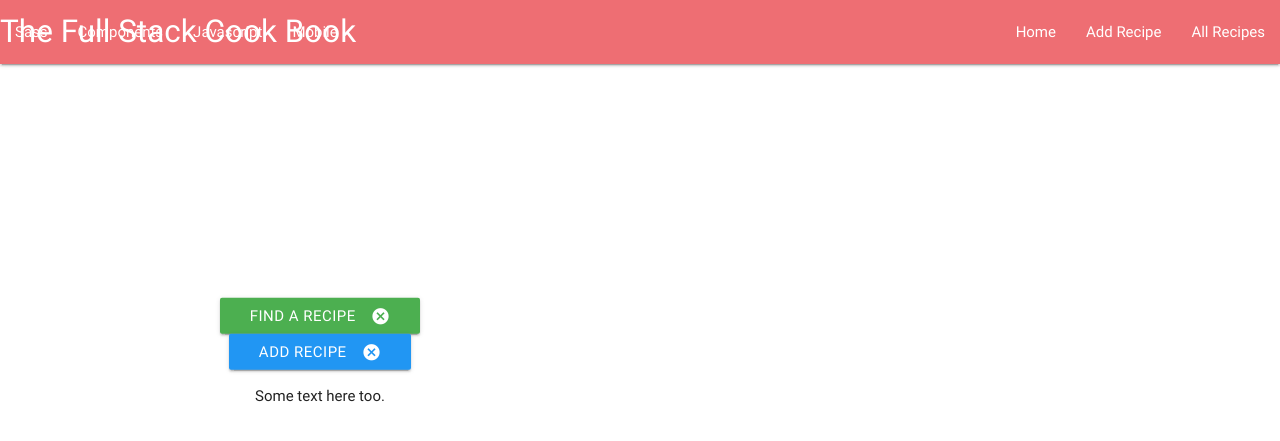
Repository: nakitamccool/francisillingworth-milestone-project-3
Page: http://localhost/
The author's editor kept a record of every edit. The page is drawn from the files as they stood at one moment, then again after the next edit.
The browser window is 1280 px wide. The pictures show the whole page.
The page is served by the project's application, run on Flask 3 (app.py).

Above is the page before.

### templates/index.html
{% extends 'base.html' %} {% block content %}
</div>

<div class="split left findRecipe">
  <div class="centered">

    <a href="{{ url_for('get_recipes') }}" class="waves-effect waves-light btn green">
                <i class="material-icons right">cancel</i>Find a Recipe
            </a>


    <a href="{{ url_for('add_recipe') }}" class="waves-effect waves-light btn blue">
                <i class="material-icons right">cancel</i>Add Recipe
            </a>
    <p>Some text here too.</p>
  </div>
</div>




<div class = "container">
{% endblock %}

### templates/base.html
<!DOCTYPE html>
<html lang="en">
<head>
    <link href="https://fonts.googleapis.com/icon?family=Material+Icons"
      rel="stylesheet">
    <link rel="stylesheet"  href="https://cdnjs.cloudflare.com/ajax/libs/materialize/0.100.2/css/materialize.min.css">
    <link rel="stylesheet" href="{{url_for('static' , filename = "css/style.css")}}" type="text/css" />

</head>
<body>
  <header>
    <nav>
    <div class="nav-wrapper">
      <a href="#" class="brand-logo">The Full Stack Cook Book</a>
      <ul id="nav-mobile" class="right hide-on-med-and-down">
        <li><a href="index.html">Home</a></li>
        <li><a href="{{ url_for('add_recipe') }}">Add Recipe</a></li>
        <li><a href="{{ url_for('get_recipes') }}">All Recipes</a></li>
      </ul>
      <ul class="sidenav" id="mobile-demo">
    <li><a href="sass.html">Sass</a></li>
    <li><a href="badges.html">Components</a></li>
    <li><a href="collapsible.html">Javascript</a></li>
    <li><a href="mobile.html">Mobile</a></li>
  </ul>
    </div>
  </nav>



  </header>
    <div class="container">
    {% block content %}
    {% endblock %}
    </div>
    <script src="https://cdnjs.cloudflare.com/ajax/libs/jquery/3.4.1/jquery.min.js" integrity="sha256-CSXorXvZcTkaix6Yvo6HppcZGetbYMGWSFlBw8HfCJo=" crossorigin="anonymous"></script>
    <script src="https://cdnjs.cloudflare.com/ajax/libs/materialize/0.100.2/js/materialize.min.js"></script>
    <script type="text/javascript">
         $(document).ready(function(){
    $('.collapsible').collapsible();
    $('select').material_select();
  });

    </script>


</body>
</html>

### app.py
import os
from flask import Flask , render_template, redirect, request, url_for
from flask_pymongo import PyMongo
from bson.objectid import ObjectId


db_password = os.environ.get('DB_PASSWORD')

app = Flask(__name__)

app.config["MONGO_DBNAME"] = 'recipe_project'
app.config["MONGO_URI"] = 'mongodb+srv://root:r00tUser@myfirstcluster-aogax.mongodb.net/recipe_project?retryWrites=true&w=majority'

mongo = PyMongo(app)

@app.route('/')



@app.route('/index')
def index():
    return render_template("index.html")


@app.route('/get_recipes')
def get_recipes():
    return render_template("recipes.html", recipes=mongo.db.recipe.find())


@app.route('/add_recipe')
def add_recipe():
    return render_template('addrecipe.html', cuisine=mongo.db.cuisine.find())


@app.route('/insert_recipe', methods=['POST'])
def insert_recipe():
    recipes=mongo.db.recipe
    recipes.insert_one(request.form.to_dict())
    return redirect(url_for('get_recipes'))


@app.route('/edit_recipe/<recipe_id>')
def edit_recipe(recipe_id):
    the_recipe = mongo.db.recipe.find_one({"_id": ObjectId(recipe_id)})
    all_cuisine = mongo.db.cuisine.find()
    return render_template('editrecipe.html', recipe = the_recipe, cuisine=all_cuisine)



@app.route('/update_recipe/<recipe_id>', methods = ["POST"])
def update_recipe(recipe_id):
    recipes = mongo.db.recipe
    recipes.update( {'_id': ObjectId(recipe_id)},
    {
        'recipe_name' : request.form.get('recipe_name'),
        'cuisine_type' : request.form.get('cuisine_type'),
        'author' : request.form.get('author'),
        'ingredients' : request.form.get('ingredients'),
        'method' : request.form.get('method'),
        'cook_time' : request.form.get('cook_time'),
    })
    return redirect(url_for('get_recipes'))

@app.route('/delete_recipe/<recipe_id>')
def delete_recipe(recipe_id):
    mongo.db.recipe.remove({'_id':ObjectId(recipe_id)})
    return redirect(url_for('get_recipes'))





@app.route('/get_cuisines')
def get_cuisines():
    return render_template('cuisines.html', cuisine=mongo.db.cuisine.find())


@app.route('/edit_cuisine/<cuisine_id>')
def edit_cuisine(cuisine_id):
    return render_template('editcuisine.html', cuisine=mongo.db.cuisine.find_one({'_id':ObjectId(cuisine_id)}))


@app.route('/update_cuisine/<cuisine_id>', methods=['POST'])
def update_cuisine(cuisine_id):
    mongo.db.cuisine.update(
        {'_id': ObjectId(cuisine_id)},
        {'cuisine_type': request.form.get('cuisine_type')})
    return redirect(url_for('get_cuisines'))



@app.route('/add_cuisine')
def add_cuisine():
    return render_template('addcuisine.html', cuisine=mongo.db.cuisine.find())


@app.route('/insert_cuisine', methods=['POST'])
def insert_cuisine():
    cuisines=mongo.db.cuisine
    cuisines.insert_one(request.form.to_dict())
    return redirect(url_for('add_recipe'))



@app.route('/delete_cuisine/<cuisine_id>')
def delete_cuisine(cuisine_id):
    mongo.db.cuisine.remove({'_id':ObjectId(cuisine_id)})
    return redirect(url_for('get_cuisines'))



@app.route('/add_cuisine_edit')
def add_cuisine_edit():
    return render_template('addcuisine-edit.html', cuisine=mongo.db.cuisine.find())


@app.route('/insert_cuisine_edit', methods=['POST'])
def insert_cuisine_edit():
    cuisines=mongo.db.cuisine
    cuisines.insert_one(request.form.to_dict())
    return redirect(url_for('get_cuisines'))



@app.route('/find_recipe')
def find_recipe():
    return render_template("findrecipe.html", cuisine=mongo.db.cuisine.find(), authors=mongo.db.recipe.find().distinct('author'))

@app.route('/filter_recipes')
def filter_recipes():
        cuisines=mongo.db.cuisine
        recipes=mongo.db.recipe
        mongo.db.recipe.find({ cuisine_type : "{{cuisine_type}}" })

        return render_template("results.html")





if __name__ == '__main__':
    app.run(host=os.environ.get('IP'),
            port=int(os.environ.get('PORT')),
            debug=True)

### static/css/style.css
.btn_edit{
    height:28px;
    margin: 5px 15px;
    line-height: 28px;
    padding-left: 3px;
    padding-right: 6px;



}

.btn_delete{
    height:28px;
    margin: 5px 15px ;
    line-height: 28px;
    padding-left: 5px;
    padding-right: 5px;
    background-color: #b70808;

}

.collapsible-header i {
 margin:0;}

 .btn_delete:hover {
    background-color: #71231d;
}

.cancel_button{
    margin: 5px 15px;
    padding-left: 3px;
    padding-right: 6px;
    background-color: #b70808

}


 .cancel_button:hover {
    background-color: #71231d;
}


.recipe_header{
    margin-top:5px;
    margin-right: 20px;
}

.deleteEdit{
    margin-left:auto;
    margin-right:0;
}

.add_cuisine{
    margin-top: 0;
    margin-left:5%;
}

.split {
  height: 100%;
  width: 50%;
  position: fixed;
  z-index: -1;
  top: 0;
  overflow-x: hidden;
  padding-top: 20px;
}
.right {
  right: 0;
  border-left-color:black;
  border-left-width:5px;


}

.centered {
  position: absolute;
  top: 50%;
  left: 50%;
  transform: translate(-50%, -50%);
  text-align: center;
}

.findRecipe{
    padding:10px;
    opacity: 1
}

.addRecipe{
    opacity: 1

}
img{
    position: fixed;
    opacity: 0.3;

    z-index: -2




}

.box{
    background-color: #ff8a0017;
    border-radius: 20px;
    padding-left: 20px;
    padding-right: 20px;

}

After the next edit:
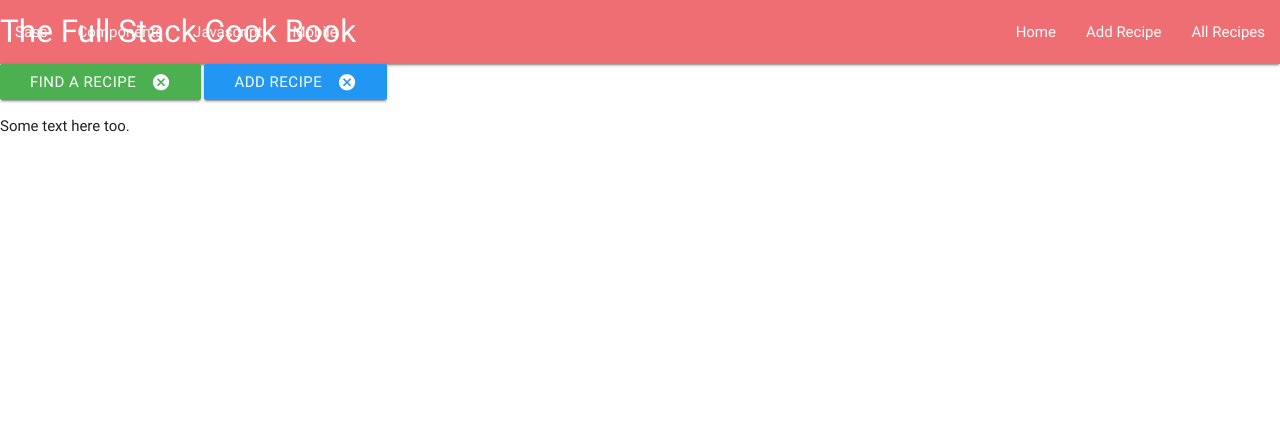
The edit:
--- a/templates/index.html
+++ b/templates/index.html
@@ -1,8 +1,7 @@
 {% extends 'base.html' %} {% block content %}
 </div>
 
-<div class="split left findRecipe">
-  <div class="centered">
+
 
     <a href="{{ url_for('get_recipes') }}" class="waves-effect waves-light btn green">
                 <i class="material-icons right">cancel</i>Find a Recipe
